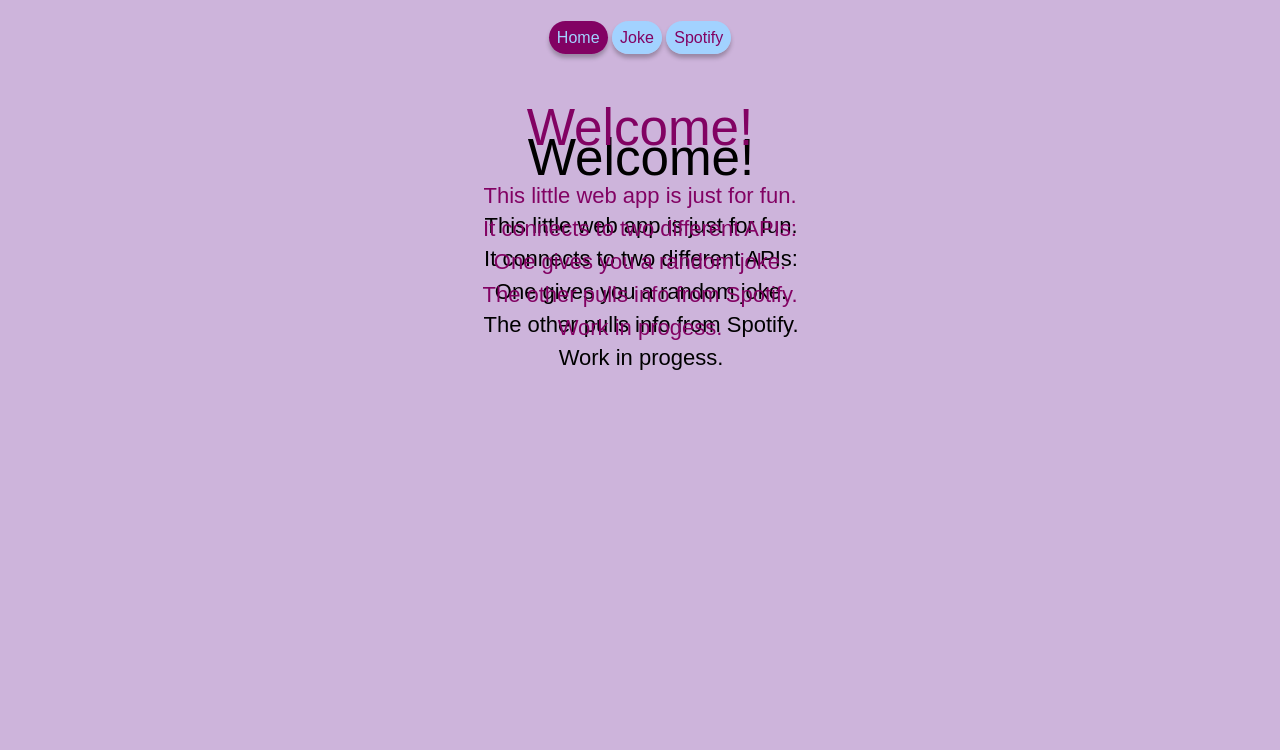
Repository: rosieomusic/spotify-react
Page: /
These files come from the project's save history. The page is drawn as it stood at one moment and after the next save; the edit follows.
The browser window is 1280 px wide. The pictures show the whole page.
The page's requests for data from a server got no answer. Some web fonts or font styles are not loaded; a fallback is used. The project was rebuilt for these pictures with package versions that can differ from the ones it lists, and the page was loaded fresh each time. No one was signed in, and anything a server would have sent is missing. Also part of the build but not shown: vite.config.js, src/services/SpotifyService.js, src/components/AlbumComponent.jsx, src/pages/SpotifyPage.jsx, src/services/JokeService.js, src/pages/JokePage.jsx.

Above is the page before, as saved 2025-05-23 00:05:15.

After the next save:
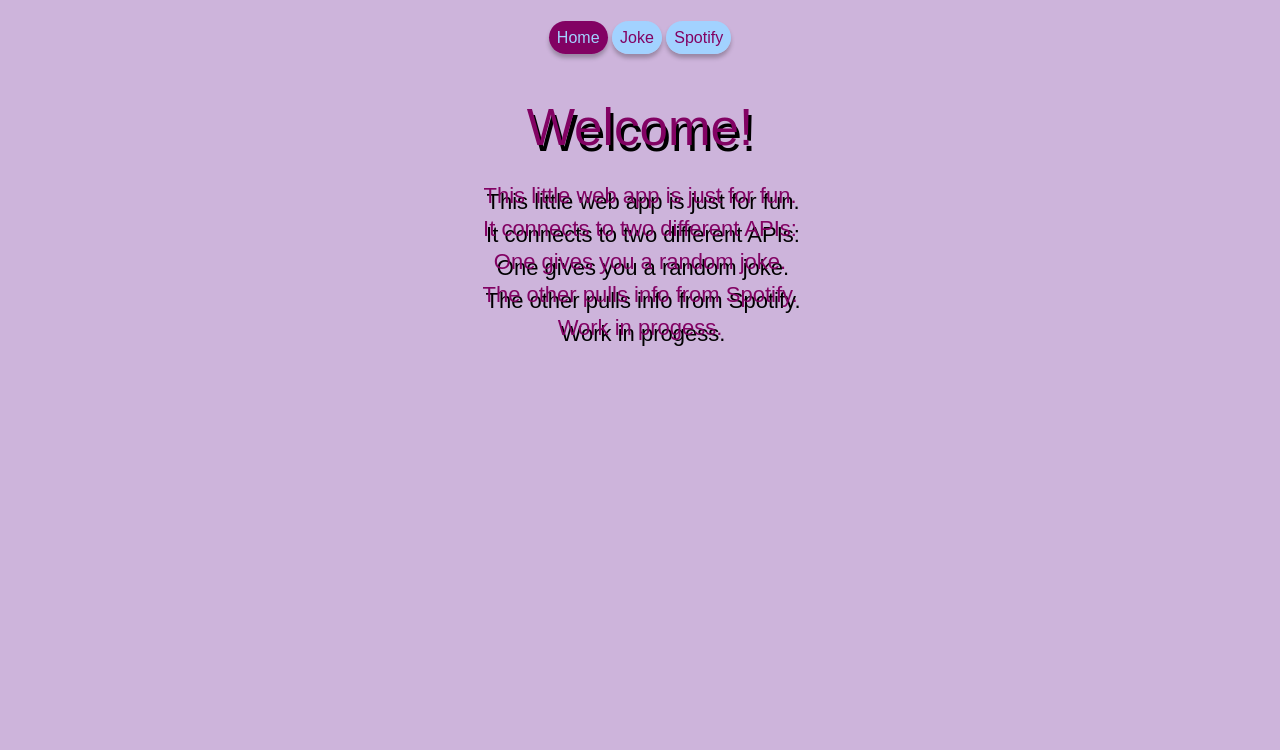
Saved 15 s later.
--- a/src/App.css
+++ b/src/App.css
@@ -96,7 +96,7 @@ p {
 	text-align: center;
 	align-self: center;
 	margin-bottom: 20px;
-	text-shadow: black 1px 30px;
+	text-shadow: black 3px 6px;
 }
 li {
 	list-style-type: none;
